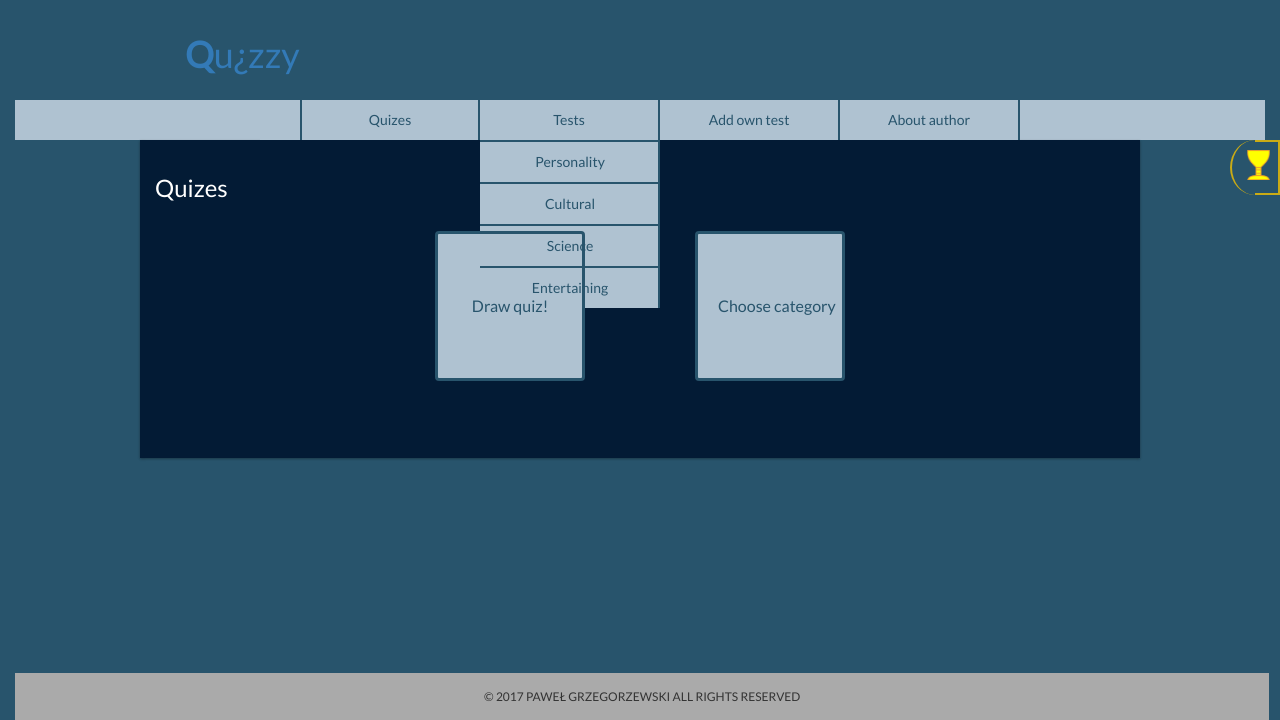
Repository: pgrzegorzewski/quiz
Page: http://localhost/app/quiz.php
These files come from the project's save history. The page is drawn as it stood at one moment and after the next save; the edit follows.
The browser window is 1280 px wide. The pictures show the whole page.
Some web libraries are served in a nearby version. The page is run by PHP 8.4 with error messages shown; the project is at /var/www/html/.

Above is the page before, as saved 2017-04-22 12:42:26.

### htdocs/app/learningapp/app/quiz.php
<!DOCTYPE html>
<html>
<head>
	<meta name="viewport" content="width=device-width, initial-scale=1.0">
	<meta http-equiv="content-type" content="text/html; charset=utf-8">
	<meta charset="utf-8">
	<link rel="stylesheet" href="https://maxcdn.bootstrapcdn.com/bootstrap/3.3.7/css/bootstrap.min.css">
	<script src="https://ajax.googleapis.com/ajax/libs/jquery/3.1.1/jquery.min.js"></script>
	<script src="https://maxcdn.bootstrapcdn.com/bootstrap/3.3.7/js/bootstrap.min.js"></script>
	<link href="https://fonts.googleapis.com/css?family=Lato" rel="stylesheet">
	<link rel="StyleSheet" href="../css/index.css" />
	<link rel="StyleSheet" href="../css/question.css" />
	<link rel="StyleSheet" href="../css/quiz.css" />
	<link rel="StyleSheet" href="../css/side_menu_leaderboard.css" />
	<script type="text/javascript" src="../js/question.js"></script>
	<script type="text/javascript" src="../js/entertaining_test.js"></script>
	<script type="text/javascript" src="../js/side_menu_leaderboard.js"></script>
</head>

<body>

<div class="container-fluid">

	<div class= "sidemenu_2">

	</div>
	<div class= "sidemenu">
		<p style="cursor:pointer"><img src = "../resources/img/trophy.png" height = "50px" onmouseover="openLeaderboard()"/></p> <!-- &#9776; -->
	</div>
	<div id = 'leaderboard' class = 'leaderboard' onmouseleave = "closeLeaderboard()" >
		<a href = "javascript:void(0)" class = "closebtn" onclick = "closeLeaderboard()">&times;</a>
		test 1000pts;
	</div>


	<header class ="header">
		<h1 id="title"><a href ="index.php"><b>Q</b>u¿zzy</a></h1>
	</header>

	<div class="nav">
		<ol>
			<li>
				<a href ='#' id = "visited">Quizes</a>
			</li>
			<li>
				<a href ='#'>Tests</a>
				<ul>
					<li><a href="#">Personality</a></li>
					<li><a href="#">Cultural</a></li>
					<li><a href="#">Science</a></li>
					<li><a href="entertaining_test.php">Entertaining</a></li>
				</ul>
			</li>
			<li>
				<a href ='add_test.php'>Add own test</a>
			</li>
			<li>
				<a href ='#'>About author</a>
			</li>
		</ol>
	</div>

	<section class = "section">
		<div id ="welcome_div">
			<h3>Quizes</h3>

		</div>
		<div class = "row">
			<div class="col-sm-12" id="tiles">
				<?php

				echo "
					<table id = \"tile\">
						<tr>
							<td>
								<button name = '1' id = 'quizButton' class = 'category btn' >Draw quiz!</button>
							</td>
							<td style = \"width:50px\">

							</td>
							<td>
								<button name = '2' id = 'quizButton' class = 'category btn'>Choose category</button>
							</td>
						</tr>
					</table>
				";
				?>
				<br/><br/>

			</div>
		</div>
		<div class ="row">
			<div class="col-sm-12">
				<h4 id="test_title" hidden = "true">Let's begin with the</h4>
			</div>
		</div>
		<div id = "test_questions">

		</div>
		<div class ='row'>
				<div class='col-sm-12' id = 'result_div'>
					<h4 id= 'result_text' hidden = 'true'></h4>
				</div>
		</div>

	</section>
	<div class="footer">
		© 2017 PAWEŁ GRZEGORZEWSKI ALL RIGHTS RESERVED
	</div>
</div>




</body>
</html>

### htdocs/app/learningapp/css/index.css

.container-fluid
{
	min-height: 100%;
	background-color:#28546C;
	width:100%;
	font-family: 'Lato', sans-serif;
}

img{
	padding:10px;
}

#img2{
	padding:3px;
	padding-bottom:12px;
}

html {
    font-family: "Lucida Sans", sans-serif;
    background-color:#28546C;
}

h1, h2, h3 ,h4{
	color: white;
	text-align:ceter;
}

#title{
	margin-left:30px;
}

body
{
	height:100%;
	padding-bottom:60px;
	background-color:#28546C;
	margin:0px !important;

}
.page {
  margin-left:auto;
  margin-right:auto;
  width:100%;
}

.title {
	text-align:center;
}

.buttons_next_prev{
	text-align:center;
}


.header {
	width:80%;
	margin:0 auto;
    background-color: #28546C;
    color: #ffffff;
    padding: 15px;
	text-decoration: none;

}

.menu_header {
	width:80%;
    background-color: #CCCCCC;
    padding: 10px;
    color: white;
    text-align: center;
    font-size: 14px;
    box-shadow: 0 1px 3px rgba(0,0,0,0.12), 0 1px 2px rgba(0,0,0,0.24);
	width:auto;
}


.section{

	width: 80%;
	margin:0 auto;
	background-color: #031B35;
    padding: 15px;
    color: white;
    text-align: justify;
    font-size: 14px;
    box-shadow: 0 1px 3px rgba(0,0,0,0.12), 0 1px 2px rgba(0,0,0,0.24);
}

td
{
	padding-right:12px;
}


.canvas{

	 width: 500px;
	 height: 300px;
	 color: #FFFFFF;
}

.nav {
	width:100%;
	background-color:#AFC2D1;
	text-align: center;
	vertical-align:center;
}

.footer
{
	width:100%;
	background-color:#AFC2D1;
	text-align: center;
	vertical-align:center;
}

.nav ol
{
	margin:0 auto;
	background-color:#AFC2D1;
	list-style:none;
	line-height: 200%;
	display:inline-block;
	vertical-align:middle;
	height:40px;
}


ol a
{
	color: #28546C;
	text-decoration:none;
	display:block;
	height:40px;
	padding:6px;
	vertical-align: middle;
	text-align: center;
	z-index:200;
}

ol > li
{
	list-style:none;
	width: 180px;
	color: #28546C;
	background-color:#AFC2D1;
	border-right:2px solid #28546C;
	float:left;
	display: table-cell;

}

ol > li:hover
{
	background-color:#031B35;

}

ol > li a:hover
{
	color:white;
	border: 1px solid white;
}


ol > li:first-child
{
	border-left:2px solid #28546C;
}

ol > li > ul
{
	position: relative;
	z-index: 100;
	list-style-type: none;
	padding:0;
	margin:0 auto;
}

ol > li > ul >li
{
	border-top: 2px solid #28546C;
}

ol > li > ul > li > a
{
	width: 180px;
}


.menu a:link, a:visited {
    color: white;
    background-color: #CCCCCC;
	padding: 3px;
	width: width:1200px;;
    text-decoration: none;
    display: inline-block;
}


.menu a:hover, a:active {
    color: white;
	background-color: #999999;
}

.section a:link, a:visited {
    color: #000000;
    background-color: #CCCCCC;
	padding: 3px;
	width: 50px;
    text-decoration: none;
}


.section a:hover, a:active {
    background-color: #999999;
	color: white;
}

.footer {
    background-color: #AAAAAA;
    font-size: 12px;
    padding: 15px;
    bottom: 0;
    position : fixed;
    width:98%

}

.submenu{
	display:none;
}



@media only screen and (min-width: 768px) and (max-width: 922px) {
    .col-m-1 {width: 8.33%;}
    .col-m-2 {width: 16.66%;}
    .col-m-3 {width: 25%;}
    .col-m-4 {width: 33.33%;}
    .col-m-5 {width: 41.66%;}
    .col-m-6 {width: 50%;}
    .col-m-7 {width: 58.33%;}
    .col-m-8 {width: 66.66%;}
    .col-m-9 {width: 75%;}
    .col-m-10 {width: 83.33%;}
    .col-m-11 {width: 91.66%;}
    .col-m-12 {width: 100%;}
}

@media only screen and (min-width: 922px) and (max-width: 1200px) {
    .col-1 {width: 8.33%;}
    .col-2 {width: 16.66%;}
    .col-3 {width: 25%;}
    .col-4 {width: 33.33%;}
    .col-5 {width: 41.66%;}
    .col-6 {width: 50%;}
    .col-7 {width: 58.33%;}
    .col-8 {width: 66.66%;}
    .col-9 {width: 75%;}
    .col-10 {width: 83.33%;}
    .col-11 {width: 91.66%;}
    .col-12 {width: 100%;}
}

@media only screen and (min-width: 1200px){
    .col-1 {width: 8.33%;}
    .col-2 {width: 16.66%;}
    .col-3 {width: 25%;}
    .col-4 {width: 33.33%;}
    .col-5 {width: 41.66%;}
    .col-6 {width: 50%;}
    .col-7 {width: 58.33%;}
    .col-8 {width: 66.66%;}
    .col-9 {width: 75%;}
    .col-10 {width: 83.33%;}
    .col-11 {width: 91.66%;}
    .col-12 {width: 100%;}
}

### htdocs/app/learningapp/css/question.css
#question
{
	text-align: center;

}


#question button{
	min-width: 50px;
	text-align: center;
}

#question th{
	min-width: 50px;
	text-align: center;
}

td, th > #question{
	min-width: 90px;
	padding:10px;
	text-align: center;
}

### htdocs/app/learningapp/css/quiz.css
#quizButton
{
	padding:20px;
}


#tiles
{
	padding:10px;
	z-index:50;
	position:relative;
}

#tile
{
	text-align:center;
	margin-left:auto;
	margin-right:auto;

}

button .clicked
{
	background-color:#6ac65b;
}

#tile  tr  td
{
	width: 150px;
	height: 150px;
}

#tile  tr  td > button
{
	background-color:#AFC2D1;
	color:#28546C;
	width: 150px;
	height: 150px;
	border: 3px solid #28546C;
	font-size:16px;
	z-index:50;
}

#tile  tr  td >button:hover
{
	background-color:#CAAB15;
	color:white;
	width: 150px;
	height: 150px;
	border: 3px solid #28546C;
}

### htdocs/app/learningapp/css/side_menu_leaderboard.css
.leaderboard
{
	height:40%;
	width:0;
	position: fixed;
	z-index: 250;
	top: 140px;
	right: 0;
	border:0px solid #CAAB15;
	background-color:#AFC2D1;
	overflow-x: hidden;
	transition: 0.5s;
	padding-top: 60px;
	hidden:true;
	text-align:center;
}

.leaderboard .closebtn{
	position: absolute;
	top: 0;
	right:5px;
	font-size: 25px;
	margin-right: 0px;
}

.sidemenu
{
	height:55px;
	width:50px;
	border-radius:100%;
	border-left:2px solid #CAAB15;
	position: fixed;
	z-index: 200;
	top: 140px;
	right: 0;
	font-size:20px;
	text-align:center;
}

.sidemenu_2
{
	height:55px;
	width:25px;
	position: fixed;
	z-index: 150;
	top: 140px;
	right: 0;
	border-bottom:2px solid #CAAB15;
	border-top:2px solid #CAAB15;
	border-right:2px solid #CAAB15;
}

### htdocs/app/learningapp/js/question.js

function checkAnswear(button)
{
	if($(button).attr("id") == '1')
		alert("You won");
	else
		alert("nope");
}

### htdocs/app/learningapp/js/side_menu_leaderboard.js
function openLeaderboard()
{
	document.getElementById("leaderboard").style.width = "250px";
	document.getElementById("leaderboard").style.border = "2px solid #CAAB15";

}

function closeLeaderboard()
{
	document.getElementById("leaderboard").style.width = "0px";
	document.getElementById("leaderboard").style.border = "0px solid #CAAB15";
}

Loaded but not shown: htdocs/app/learningapp/js/entertaining_test.js (no copy from this time; the picture is the same without it)

After the next save:
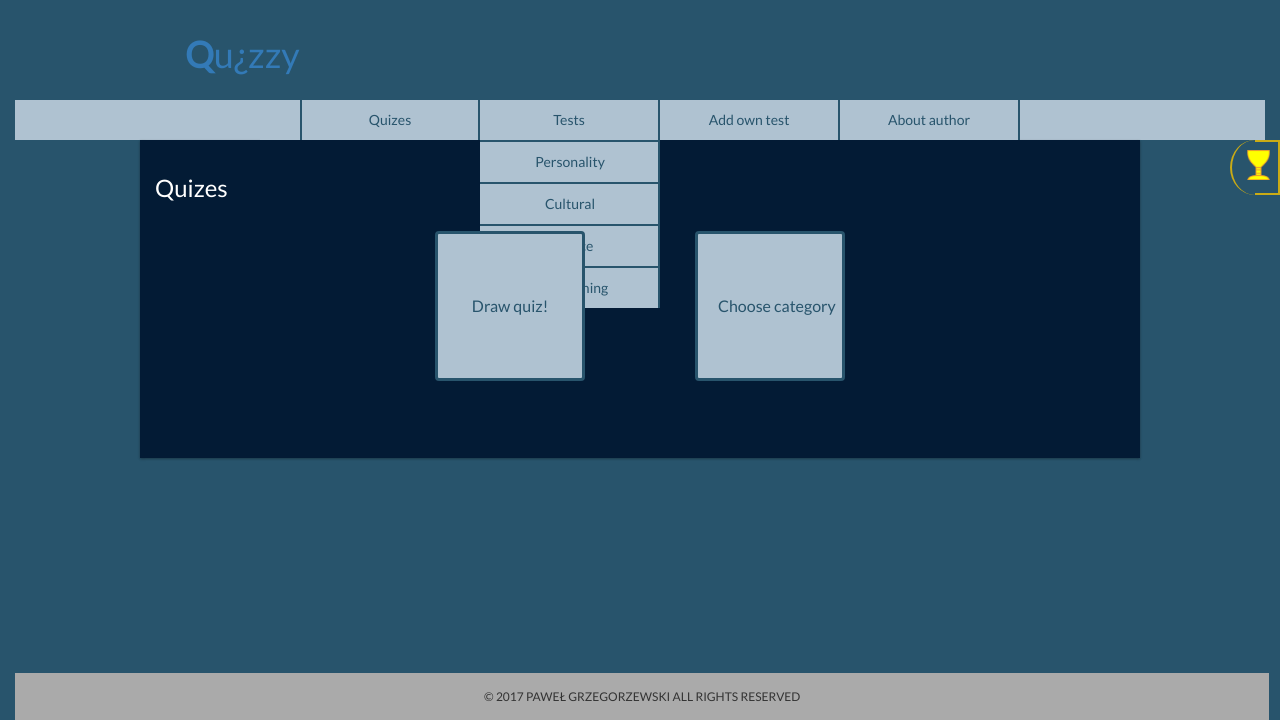
Saved 23 s later.
--- a/htdocs/app/learningapp/css/index.css
+++ b/htdocs/app/learningapp/css/index.css
@@ -172,13 +172,13 @@ ol > li:first-child
 ol > li > ul
 {
 	position: relative;
-	z-index: 100;
+	z-index: auto;
 	list-style-type: none;
 	padding:0;
 	margin:0 auto;
 }
 
-ol > li > ul >li
+ol > li > ul > li
 {
 	border-top: 2px solid #28546C;
 }
